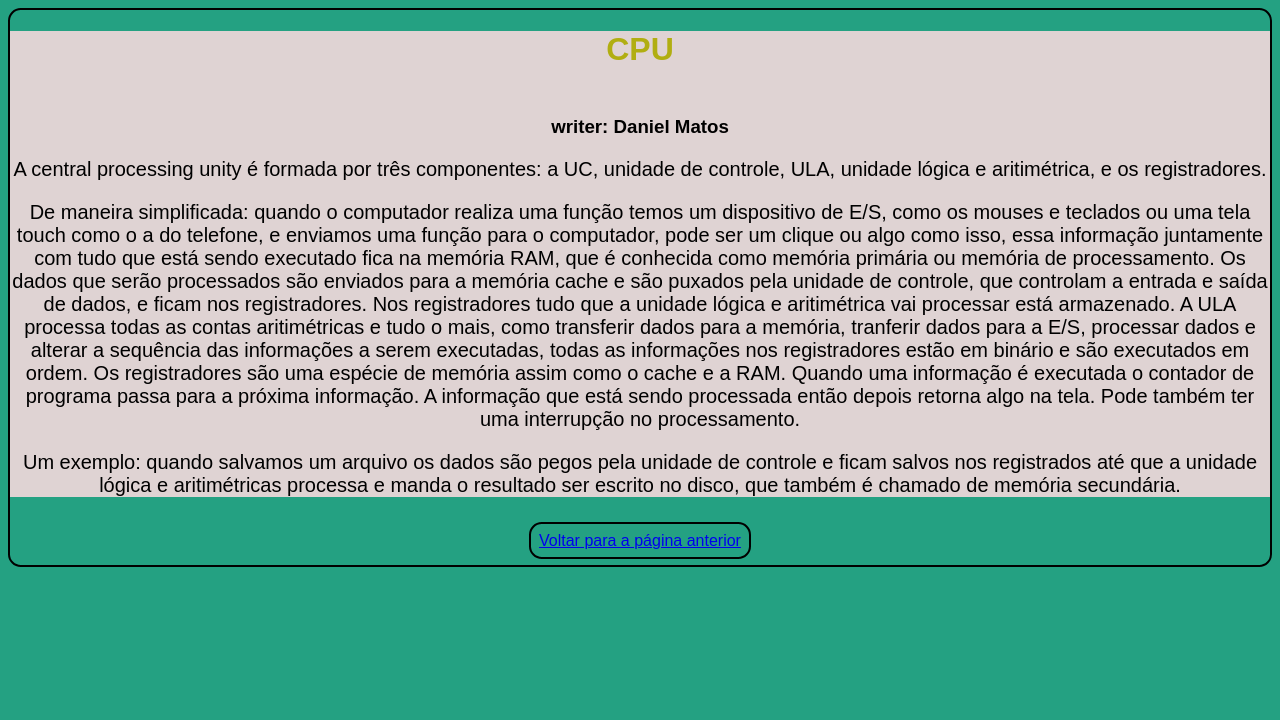
Repository: batmit/FutureFundation.github.io-1
Page: menu/articles/computation/cpu.html
An editor plug-in stored every save of this project. The page is shown before and after a run of saves, followed by the edit.
The browser window is 1280 px wide. The pictures show the whole page.

Above is the page before, as saved 2021-09-23 18:19:40.

### menu/articles/computation/cpu.html
<!DOCTYPE html>
<html lang="pt-BR">
<head>
    <meta charset="UTF-8">
    <meta http-equiv="X-UA-Compatible" content="IE=edge">
    <meta name="viewport" content="width=device-width, initial-scale=1.0">
    <title>CPU</title>
    <link rel="stylesheet" href="/menu/main.css">
</head>
<body>
    <div id="all">
        <header>
            <h1>CPU</h1>
            <h3>writer: Daniel Matos</h3>
        </header>

        <p>A central processing unity é formada por três componentes: a UC, unidade de controle, ULA, unidade lógica e aritimétrica, e os registradores. </p>

        <p>De maneira simplificada: quando o computador realiza uma função temos um dispositivo de E/S, como os mouses e teclados ou uma tela touch como o a do telefone, e enviamos uma função para o computador, pode ser um clique ou algo como isso, essa informação juntamente com tudo que está sendo executado fica na memória RAM, que é conhecida como memória primária ou memória de processamento. Os dados que serão processados são enviados para a memória cache e são puxados pela unidade de controle, que controlam a entrada e saída de dados, e ficam nos registradores. Nos registradores tudo que a unidade lógica e aritimétrica vai processar está armazenado. A  ULA processa todas as contas aritimétricas e tudo o mais, como transferir dados para a memória, tranferir dados para a E/S, processar dados e alterar a sequência das informações a serem executadas, todas as informações nos registradores estão em binário e são executados em ordem. Os registradores são uma espécie de memória assim como o cache e a RAM. Quando uma informação é executada o contador de programa passa para a próxima informação. A informação que está sendo processada então depois retorna algo na tela. Pode também ter uma interrupção no processamento.  </p>

        <p>Um exemplo: quando salvamos um arquivo os dados são pegos pela unidade de controle e ficam salvos nos registrados até que a unidade lógica e aritimétricas processa e manda o resultado ser escrito no disco, que também é chamado de memória secundária. </p>




    </div>



    <a href="./computação.html">Voltar para a página anterior</a>

</body>
</html>

### menu/main.css
body{

    text-align: center;

    border: black 2px solid;

    border-radius: 0.8rem;

    font-family: 'Ubuntu', arial;

    background-color: rgb(36, 161, 130);


}

#articles {
    gap: 3px;
}

#all{

    background-color: rgb(223, 211, 211);

}


#codigo{
    text-align:left;

}


img{
    text-align: center;
    justify-content: center;

}

p{
    font-size: 20px;
    font-family: 'Ubuntu', arial;
}

a{
    border: 2px solid black;

    border-radius: 0.8rem;

    box-sizing: border-box;

    padding: 0.5rem;

    line-height:3rem;

    margin: 2px;


}

a:hover{

    background-color:#F0FFFF;

}

h1{

    margin-bottom: 3rem;

    color: rgb(177, 174, 17);

}

audio {
    -webkit-transition:all 0.5s linear;
    -moz-transition:all 0.5s linear;
    -o-transition:all 0.5s linear;
    transition:all 0.5s linear;
    -moz-box-shadow: 2px 2px 4px 0px #006773;
    -webkit-box-shadow:  2px 2px 4px 0px #006773;
    box-shadow: 2px 2px 4px 0px #006773;
    -moz-border-radius:7px 7px 7px 7px ;
    -webkit-border-radius:7px 7px 7px 7px ;
    border-radius:7px 7px 7px 7px ;
}

audio:hover, audio:focus, audio:active {

-webkit-box-shadow: 15px 15px 20px rgba(0,0, 0, 0.4);
-moz-box-shadow: 15px 15px 20px rgba(0,0, 0, 0.4);
box-shadow: 15px 15px 20px rgba(0,0, 0, 0.4);
-webkit-transform: scale(1.05);
-moz-transform: scale(1.05);
transform: scale(1.05);

}



@media (max-width: 900px) {


    a{

        display: block;
        line-height: 0.5rem;
        padding: 1rem;

    }

    #img{
        text-align: right;
    }

}

@media (prefers-color-scheme: dark) {
    #all{

        background-color: rgb(90, 73, 73);

    }

    h1{
        color: white
    }

    p{
        color: white;
    }

    a{
        background-color: aqua;
    }

    h3{
        color: white;
    }

    strong {
        color: white;
    }


}

After the next 2 saves:
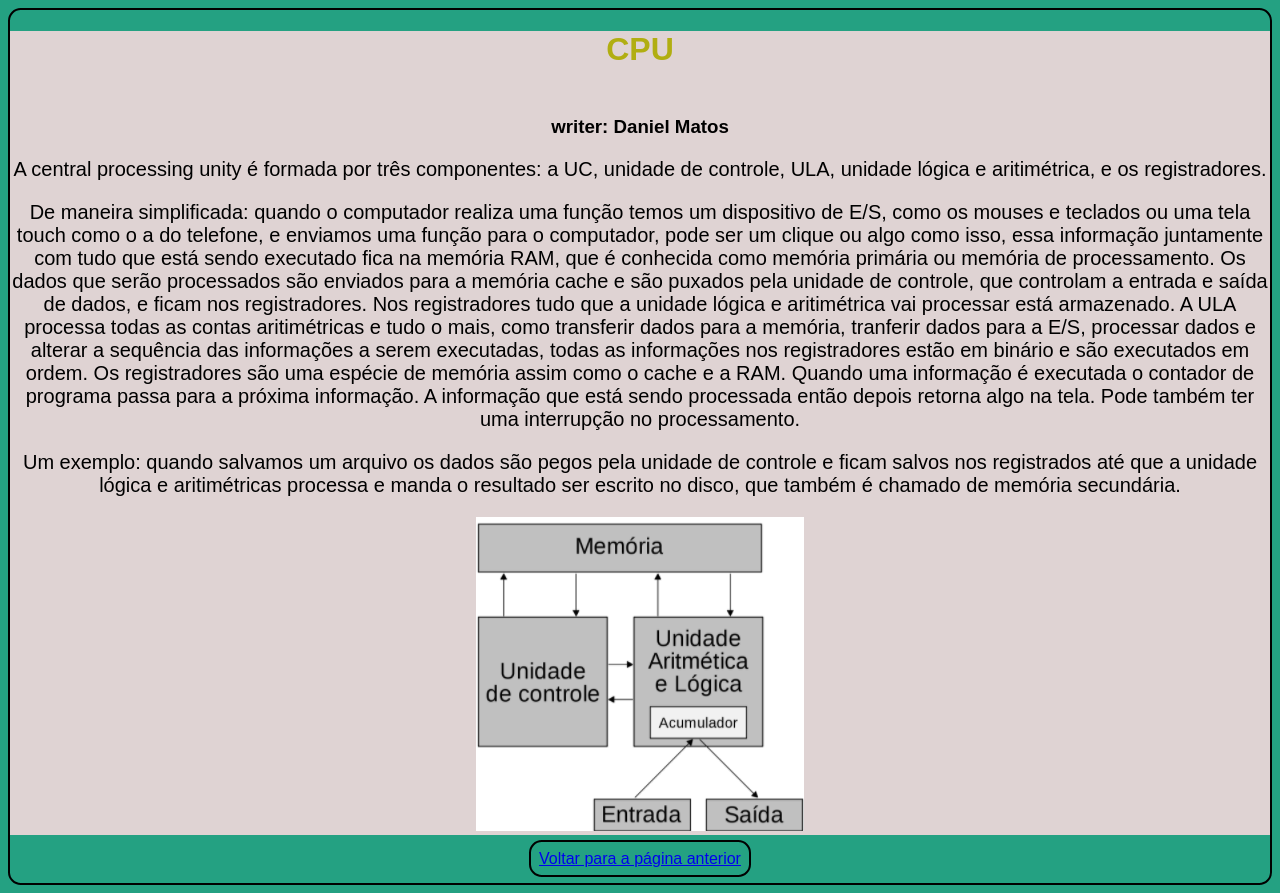
The 2 saves are shown as one change because they came seconds apart.
The last was saved 2 min 52 s later.
--- a/menu/articles/computation/cpu.html
+++ b/menu/articles/computation/cpu.html
@@ -20,6 +20,7 @@
 
         <p>Um exemplo: quando salvamos um arquivo os dados são pegos pela unidade de controle e ficam salvos nos registrados até que a unidade lógica e aritimétricas processa e manda o resultado ser escrito no disco, que também é chamado de memória secundária. </p>
 
+        <img src="/images/CPU.PNG" alt="CPU">
 
 
 
